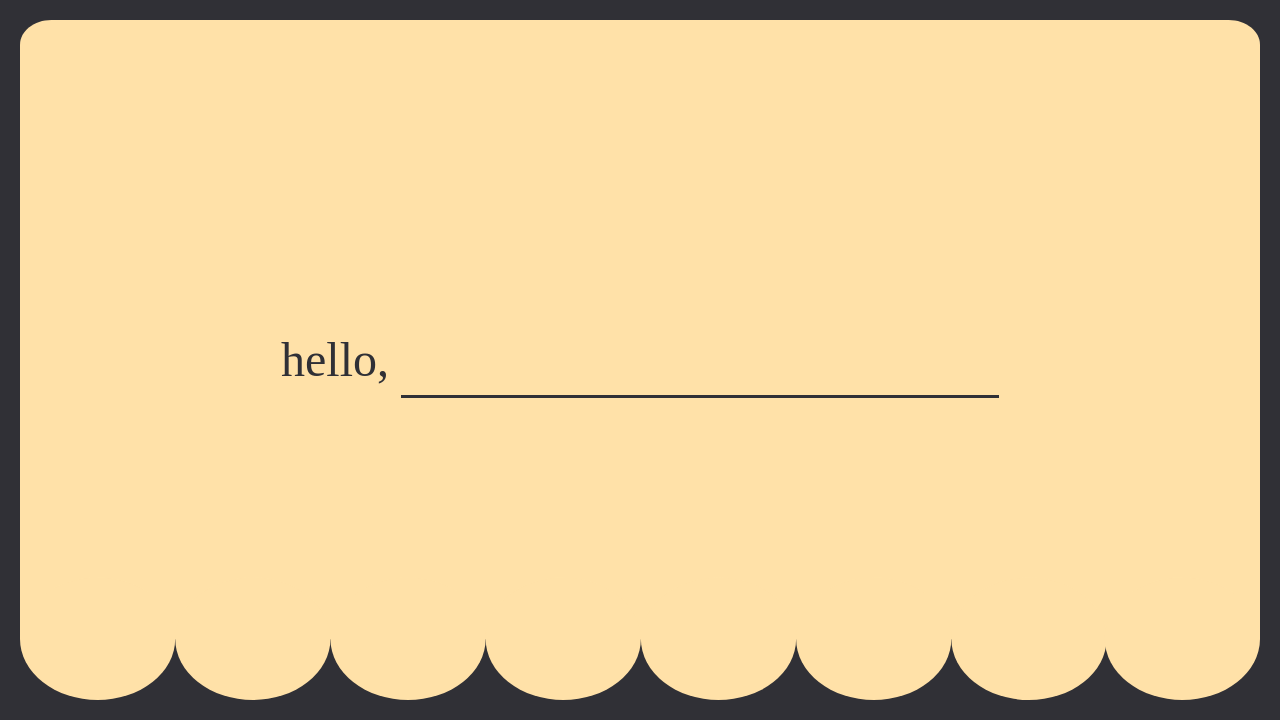
Repository: zhangolivia7/rot-recovery
Page: /
The author's editor kept a copy of each file at every save. The page is drawn from the files as they stood at one save, then again after the next save.
The browser window is 1280 px wide. The pictures show the whole page.
Some web fonts or font styles are not loaded; a fallback is used. The project was rebuilt for these pictures with package versions that can differ from the ones it lists, and the page was loaded fresh each time. The framework's server and built-in components were replaced by stand-ins that run in the browser. Also part of the build but not shown: next.config.ts.

Above is the page before, as saved 2025-03-29 18:13:20.

After the next save:
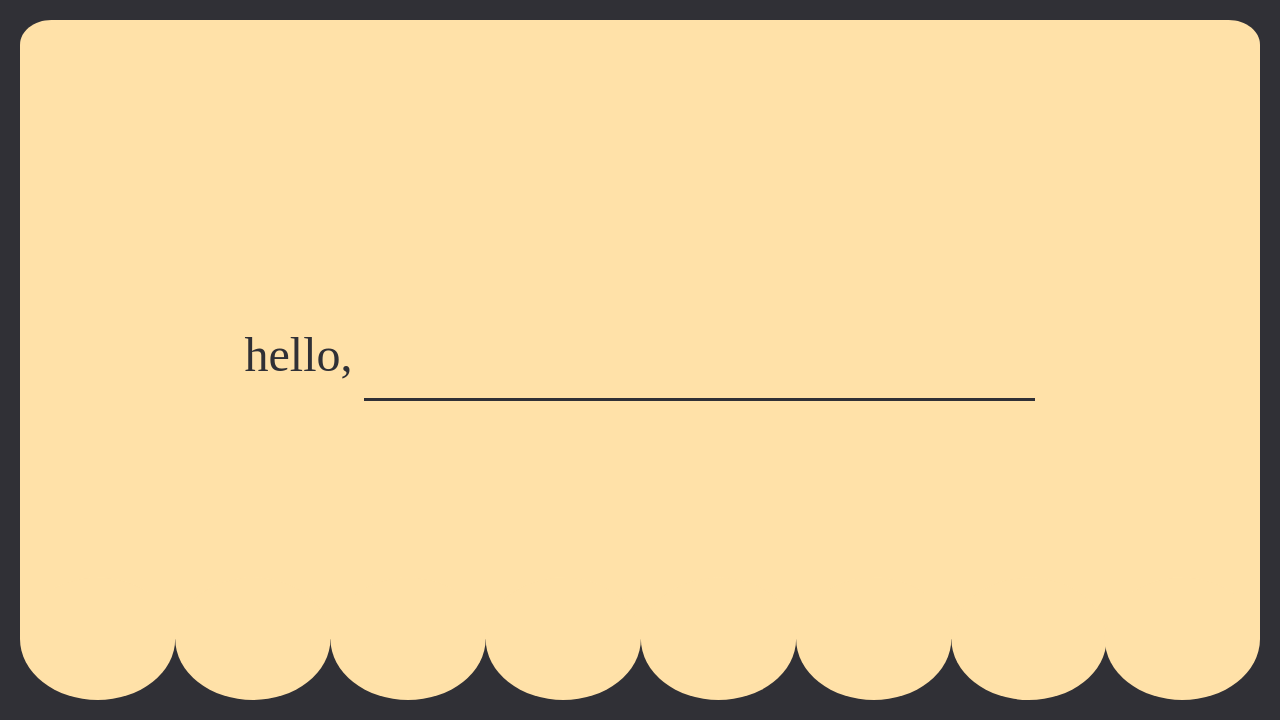
Saved 32 s later.
--- a/src/app/globals.css
+++ b/src/app/globals.css
@@ -78,6 +78,6 @@ h1 {
 }
 
 #s1 input {
-  font-family:Verdana, Geneva, Tahoma, sans-serif;
+  font-family: var(--font-Lalezar);
   font-weight: 400;
 }
